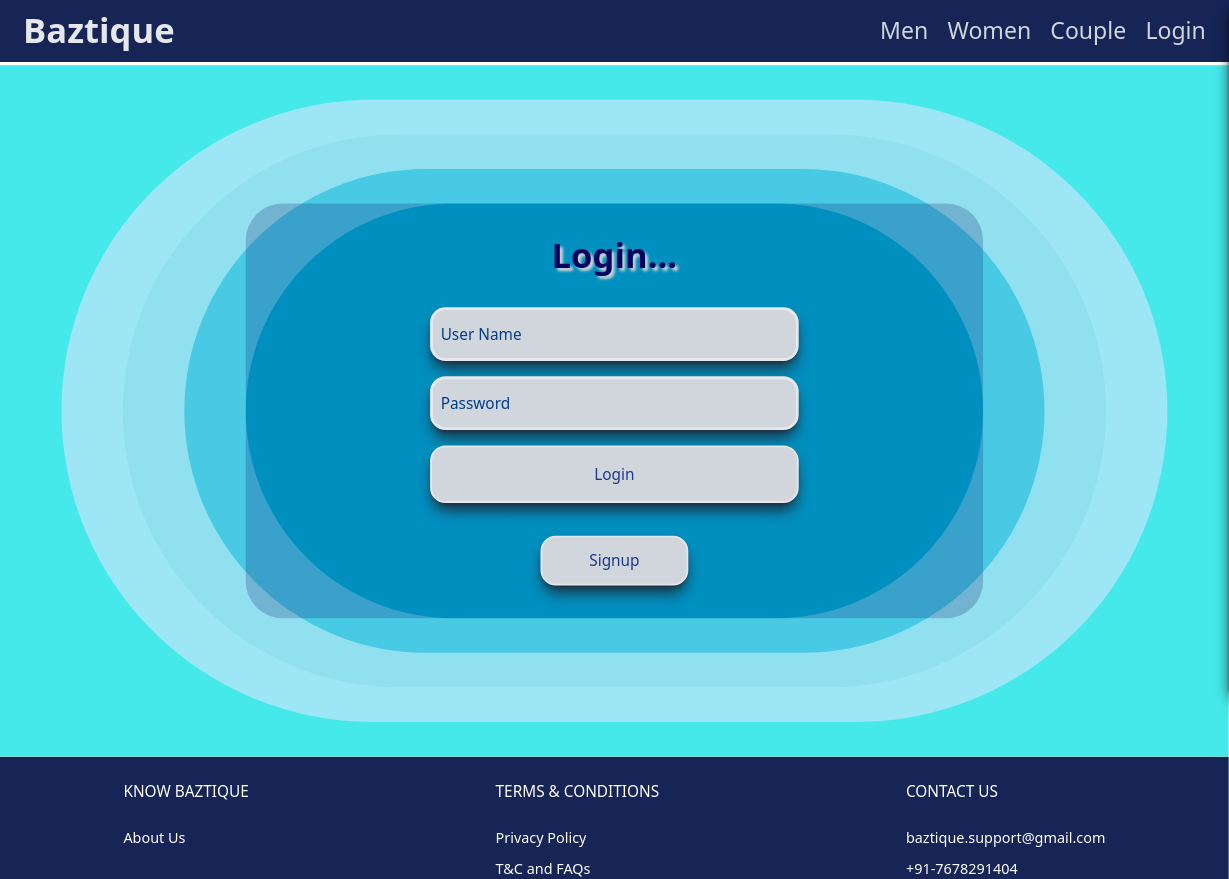
Repository: shahbazkarimi123/Baztique
Page: /watches/login (app in client/baztique/)
An editor plug-in stored every save of this project. The page is shown before and after a run of saves, followed by the edit.
The browser window is 1280 px wide. The pictures show the whole page, at 96% of full size.
The project was rebuilt for these pictures with package versions that can differ from the ones it lists, and the page was loaded fresh each time. Also part of the build but not shown: client/baztique/vite.config.ts, client/baztique/src/services/HomePageServices.tsx, client/baztique/src/components/pages/home/box/WatchCard.tsx, client/baztique/src/components/pages/home/box/WatchList.tsx, client/baztique/src/components/pages/home/image-slider/imageSlider.css, client/baztique/src/components/pages/home/image-slider/ImageSlider.tsx, client/baztique/src/components/pages/home/HomePage.tsx, client/baztique/src/services/WatchDetailsById.tsx and 8 more.

Above is the page before, as saved 2025-08-22 05:40:29.

After the next 4 saves:
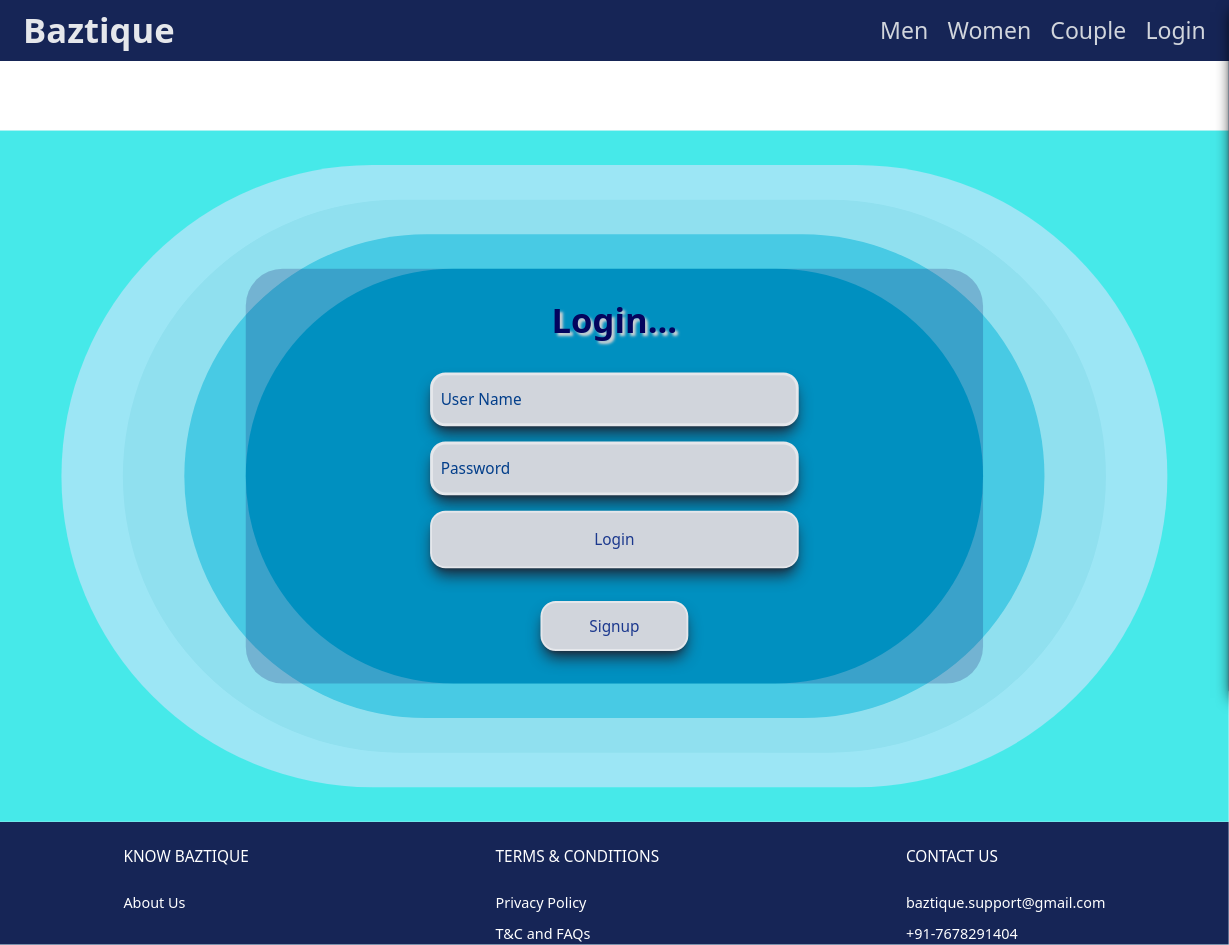
The 4 saves are shown as one change because they came seconds apart.
The last was saved 13 s later.
--- a/client/baztique/src/App.tsx
+++ b/client/baztique/src/App.tsx
@@ -19,7 +19,7 @@ function App() {
     <Router>
     <div>
       <NaviBar/>
-      <div>
+      <div className="home-page-body">
 
       <Routes>
         <Route path="/" element={<HomePage/>}/>
